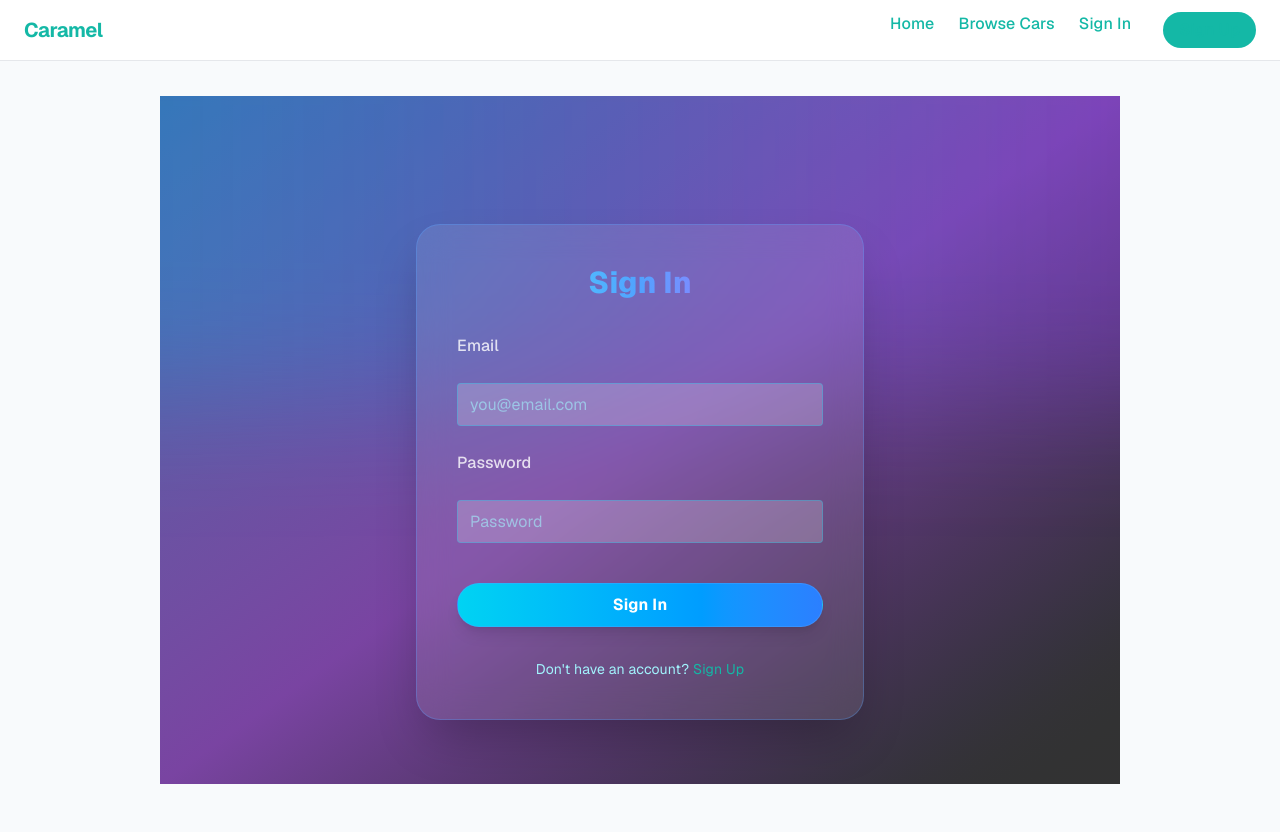
Repository: virat07/sellyourcar
Page: /auth/signin
The author's editor kept a copy of each file at every save. The page is drawn from the files as they stood at one save, then again after the next save.
The browser window is 1280 px wide. The pictures show the whole page.
The project was rebuilt for these pictures with package versions that can differ from the ones it lists, and the page was loaded fresh each time. The framework's server and built-in components were replaced by stand-ins that run in the browser. Also part of the build but not shown: next.config.ts.

Above is the page before, as saved 2025-07-18 15:18:59.

After the next save:
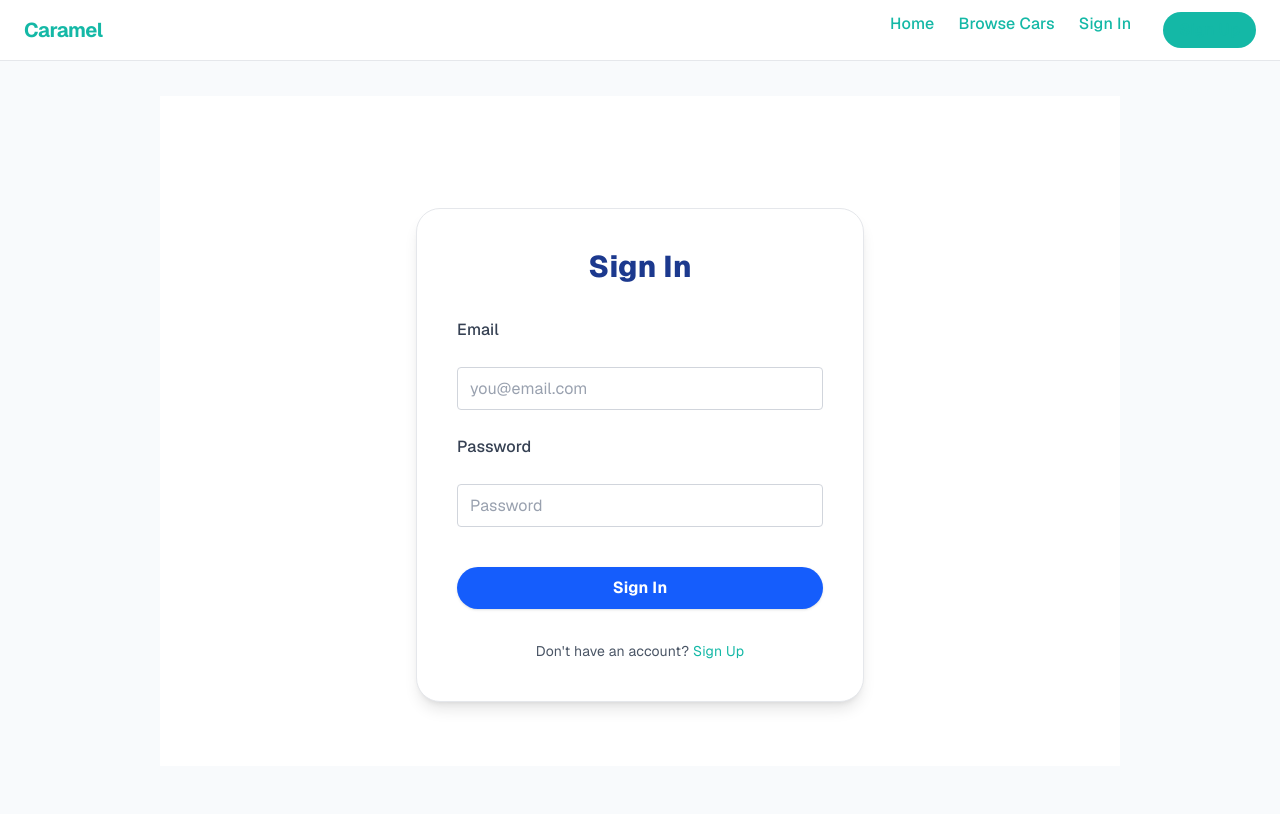
Saved 5 s later.
--- a/src/app/auth/signin/page.tsx
+++ b/src/app/auth/signin/page.tsx
@@ -1,17 +1,15 @@
 export default function SignInPage() {
   return (
-    <main className="relative flex flex-col items-center justify-center min-h-[90vh] pt-32 pb-16 px-4 overflow-hidden">
-      <div className="absolute inset-0 -z-10 bg-gradient-to-br from-blue-900 via-purple-900 to-black animate-gradient-move opacity-80" />
-      <div className="absolute -top-32 left-1/2 -translate-x-1/2 w-[120vw] h-[60vh] bg-gradient-to-r from-cyan-400/30 via-blue-500/20 to-purple-600/30 rounded-full blur-3xl animate-pulse-slow" />
-      <form className="relative z-10 bg-white/10 backdrop-blur-lg rounded-3xl shadow-2xl border border-blue-400/30 p-10 w-full max-w-md flex flex-col gap-6">
-        <h2 className="text-3xl font-extrabold text-transparent bg-clip-text bg-gradient-to-r from-cyan-300 via-blue-400 to-purple-500 animate-gradient-x mb-2 text-center">Sign In</h2>
-        <label className="text-left font-medium text-white/80">Email</label>
-        <input type="email" className="border border-cyan-400/30 rounded px-3 py-2 bg-white/20 text-white placeholder:text-cyan-200/60 focus:border-cyan-400 focus:outline-none" placeholder="you@email.com" required />
-        <label className="text-left font-medium text-white/80">Password</label>
-        <input type="password" className="border border-cyan-400/30 rounded px-3 py-2 bg-white/20 text-white placeholder:text-cyan-200/60 focus:border-cyan-400 focus:outline-none" placeholder="Password" required />
-        <button type="submit" className="mt-4 px-4 py-2 bg-gradient-to-r from-cyan-400 to-blue-500 text-white rounded-full shadow-lg hover:from-blue-500 hover:to-cyan-400 transition-all font-bold border border-blue-400/40 animate-glow">Sign In</button>
-        <div className="text-sm text-center mt-2 text-cyan-200">
-          Don&apos;t have an account? <a href="/auth/signup" className="text-cyan-300 hover:underline">Sign Up</a>
+    <main className="flex flex-col items-center justify-center min-h-[90vh] bg-white pt-28 pb-16 px-2">
+      <form className="bg-white border border-gray-200 rounded-3xl shadow-lg p-10 w-full max-w-md flex flex-col gap-6">
+        <h2 className="text-3xl font-extrabold text-blue-900 mb-2 text-center">Sign In</h2>
+        <label className="text-left font-medium text-gray-700">Email</label>
+        <input type="email" className="border border-gray-300 rounded px-3 py-2 bg-white text-gray-900 placeholder:text-gray-400 focus:border-blue-500 focus:ring-2 focus:ring-blue-200 focus:outline-none" placeholder="you@email.com" required />
+        <label className="text-left font-medium text-gray-700">Password</label>
+        <input type="password" className="border border-gray-300 rounded px-3 py-2 bg-white text-gray-900 placeholder:text-gray-400 focus:border-blue-500 focus:ring-2 focus:ring-blue-200 focus:outline-none" placeholder="Password" required />
+        <button type="submit" className="mt-4 px-4 py-2 bg-blue-600 text-white rounded-full shadow hover:bg-blue-700 transition-all font-bold">Sign In</button>
+        <div className="text-sm text-center mt-2 text-gray-600">
+          Don&apos;t have an account? <a href="/auth/signup" className="text-blue-600 hover:underline">Sign Up</a>
         </div>
       </form>
     </main>
